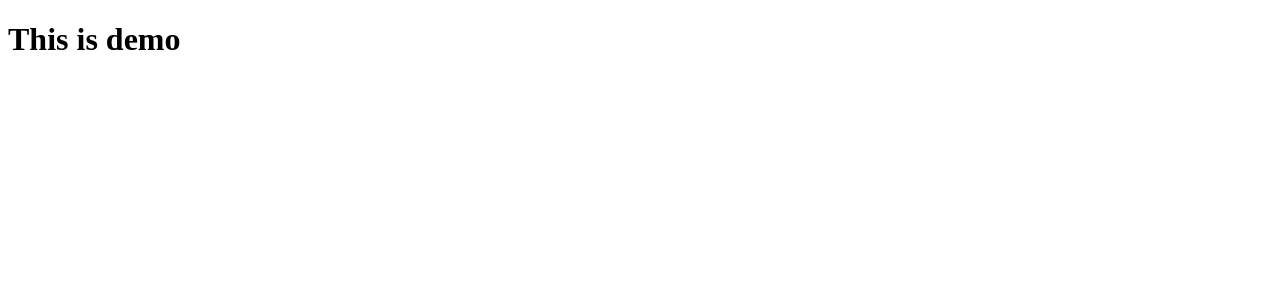
Repository: aneeq1102/java6rth
Page: http://localhost/web_proj/
The author's editor kept a copy of each file at every save. The page is drawn from the files as they stood at one save, then again after the next save.
The browser window is 1280 px wide. The pictures show the whole page.
The page is served by Tomcat 9.

Above is the page before, as saved 2022-08-09 19:45:58.

After the next save:
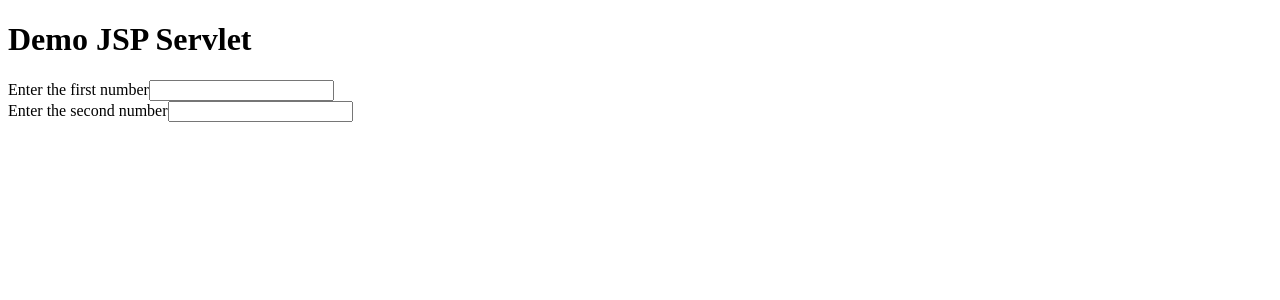
Saved 15 min 6 s later.
--- a/web_proj/src/main/webapp/index.jsp
+++ b/web_proj/src/main/webapp/index.jsp
@@ -7,6 +7,12 @@
 <title>Insert title here</title>
 </head>
 <body>
-	<h1>This is demo</h1>
+	<h1>Demo JSP Servlet</h1>
+
+	<form action="add">
+		Enter the first number<input name="in1" type="text"><br/>
+		Enter the second number<input name="in2" type="text">
+
+	</form>
 </body>
 </html>
